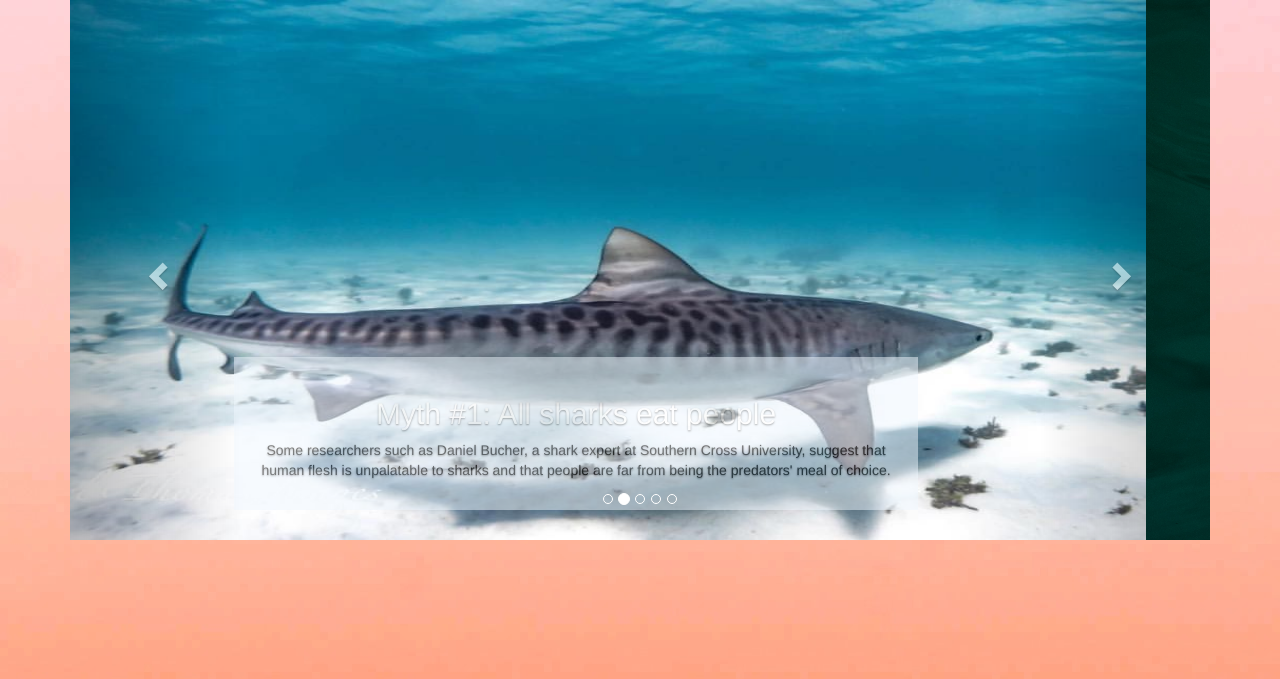
Repository: lacey-crenshaw/carousel
Page: index.html
An editor plug-in stored every save of this project. The page is shown before and after the next save, followed by the edit.
The browser window is 1280 px wide. The pictures show the whole page.

Above is the page before, as saved 2020-02-16 18:03:05.

After the next save:
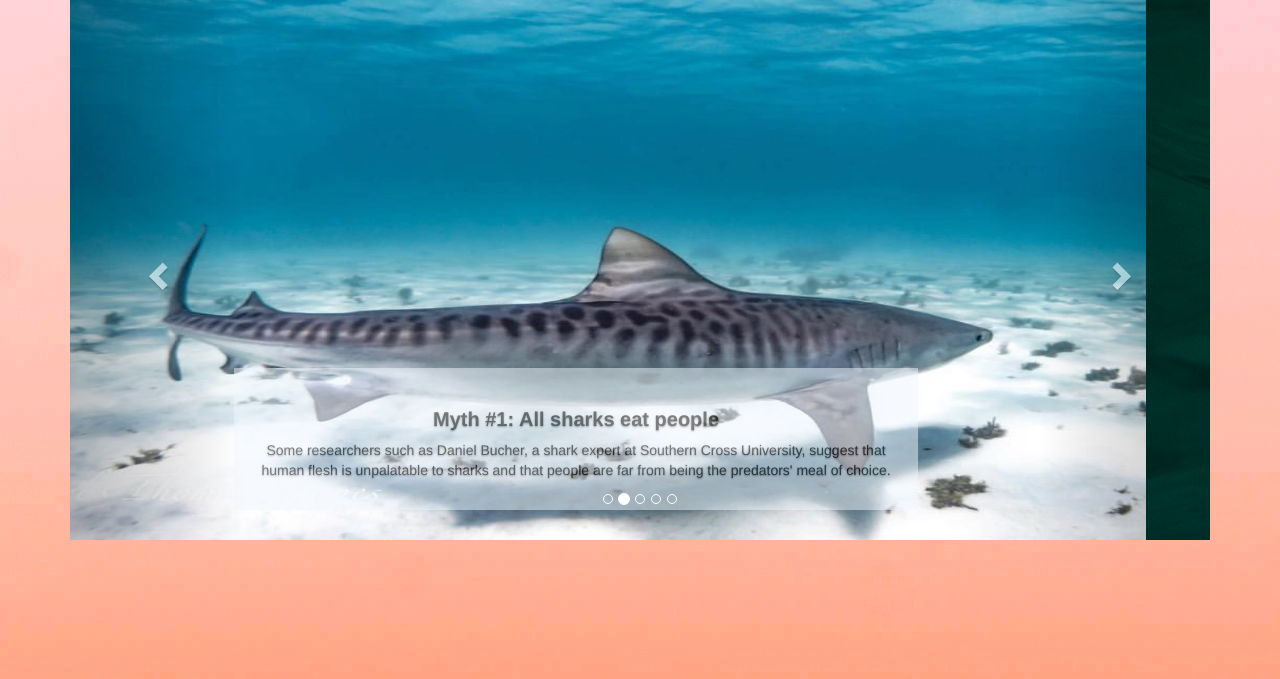
Saved 28 s later.
--- a/images/styles/styles.css
+++ b/images/styles/styles.css
@@ -1,6 +1,12 @@
 body {
     background-image: url(../ocean-waves.jpg);
 
+}
+
+h2 {
+    color: black;
+    font-size: 20px;
+    font-weight: bold;
 }
 
 p {
